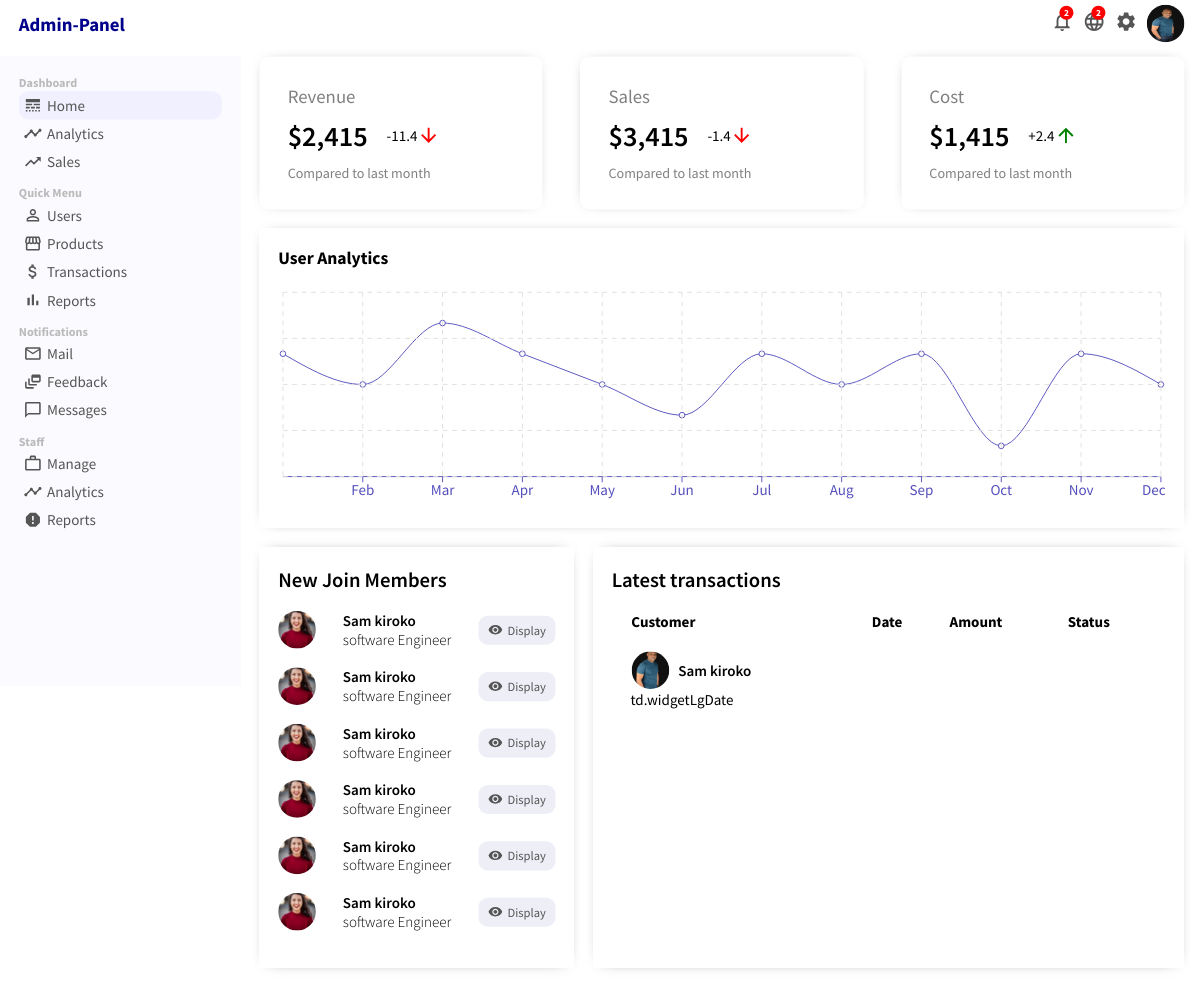
Repository: Samkiroko/admin-panel-ui
Page: /newUser
An editor plug-in stored every save of this project. The page is shown before and after the next save, followed by the edit.
The browser window is 1280 px wide. The pictures show the whole page, at 94% of full size.
The project was rebuilt for these pictures with package versions that can differ from the ones it lists, and the page was loaded fresh each time.

Above is the page before, as saved 2021-09-22 22:17:33.

After the next save:
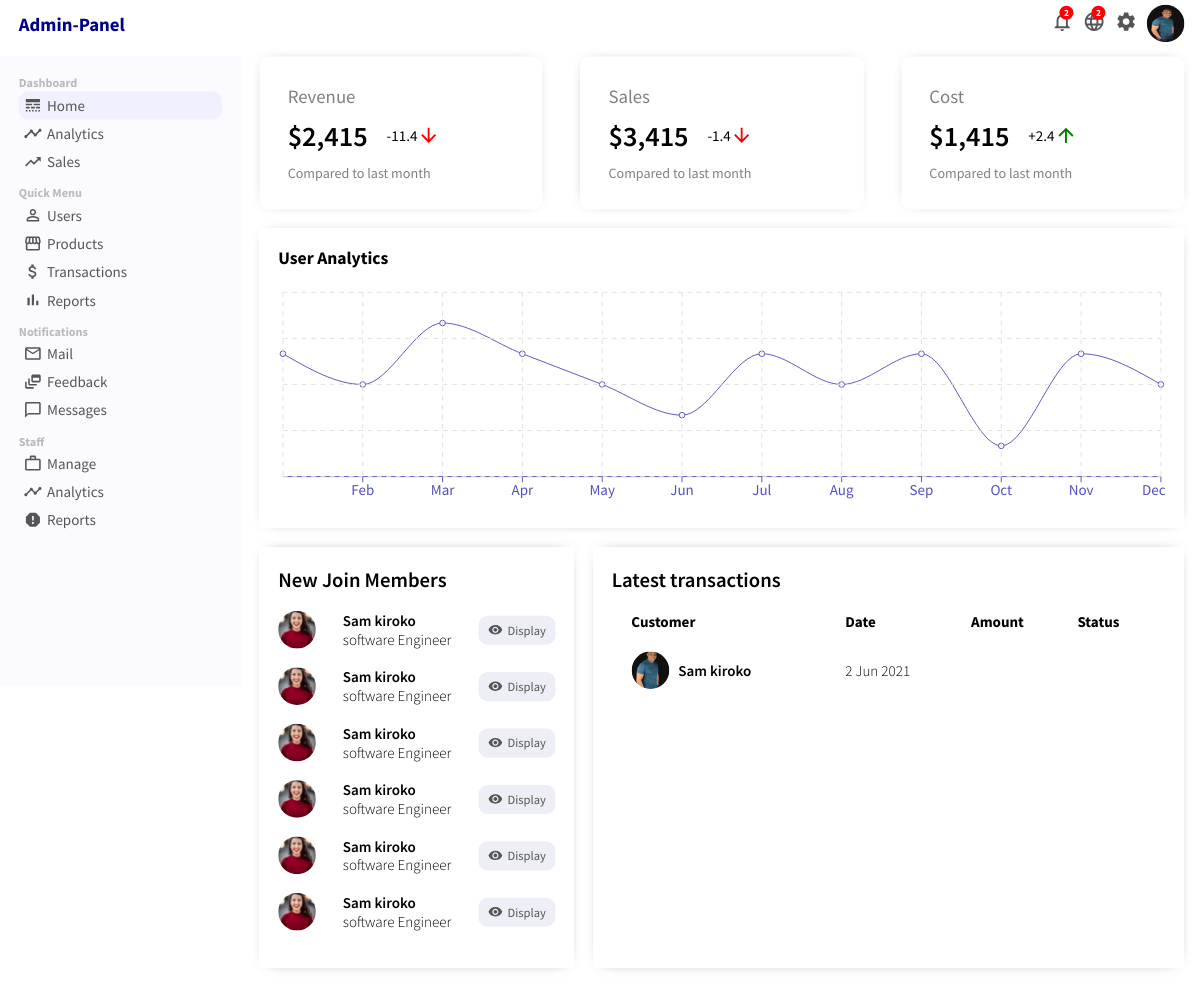
Saved 39 s later.
--- a/src/components/widgetLg/WidgetLg.js
+++ b/src/components/widgetLg/WidgetLg.js
@@ -22,7 +22,7 @@ const WidgetLg = () => {
             <img src={avatar} alt='avatar' className=' widgetLgImg' />
             <span className='widgetLgName'>Sam kiroko</span>
           </td>
-          td.widgetLgDate
+          <td className='widgetLgDate'>2 Jun 2021</td>
         </tr>
       </table>
     </div>
